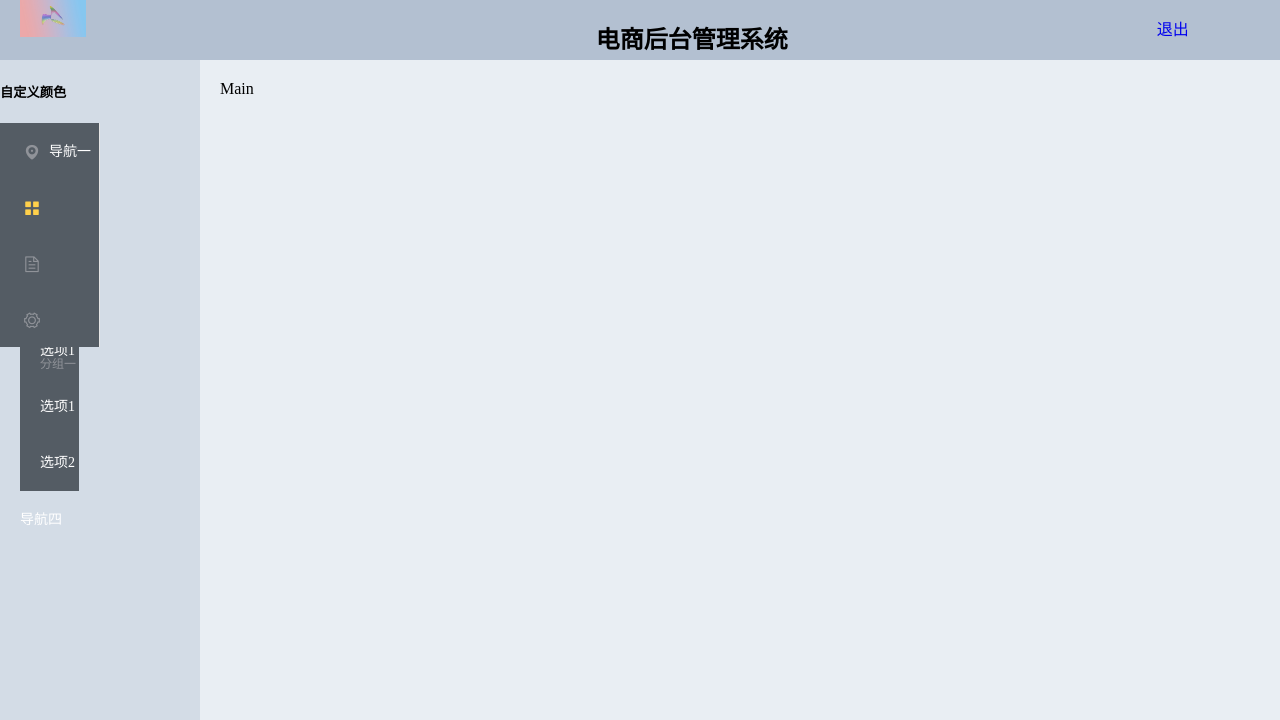
Repository: StenphonCook/mallmanger_my
Page: /
The author's editor kept a copy of each file at every save. The page is drawn from the files as they stood at one save, then again after the next save.
The browser window is 1280 px wide. The pictures show the whole page.
The project was rebuilt for these pictures with package versions that can differ from the ones it lists, and the page was loaded fresh each time. Also part of the build but not shown: src/components/login/login.vue.

Above is the page before, as saved 2022-05-18 22:21:39.

### index.html
<!DOCTYPE html>
<html>
  <head>
    <meta charset="utf-8">
    <meta name="viewport" content="width=device-width,initial-scale=1.0">
    <title>mallmanager_my</title>
  </head>
  <body>
    <div id="app"></div>
    <!-- built files will be auto injected -->
  </body>
</html>

### src/main.js
// The Vue build version to load with the `import` command
// (runtime-only or standalone) has been set in webpack.base.conf with an alias.
import Vue from 'vue'
import App from './App'
import router from './router'
import MyHttpServe from '@/plugins/http';
import ElementUI from 'element-ui';
import 'element-ui/lib/theme-chalk/index.css';
import '@/assets/css/reset.css'


Vue.use(ElementUI);
Vue.use(MyHttpServe)

Vue.config.productionTip = false

/* eslint-disable no-new */
new Vue({
    el: '#app',
    router,
    // render:(h)=>h{App}下方代码等价写法，
    components: { App },
    template: '<App/>'
})

### src/App.vue
<template>
  <div id="app">
    <router-view/>
  </div>
</template>

<script>
export default {
  name: 'App'
}
</script>

<style>
  #app{
    height: 100%;
  }
</style>

### src/router/index.js
import Vue from 'vue'
import Router from 'vue-router'
import Login from '@/components/login/login.vue'
import Home from '@/components/home/home.vue'
Vue.use(Router)

export default new Router({
    routes: [{
            name: 'login',
            path: '/login',
            component: Login
        },

        {
            name: 'home',
            path: '/',
            component: Home
        }
    ]
})

### src/plugins/http.js
//插件模块

import axios from "axios";
const MyHttpServe = {}

MyHttpServe.install = (Vue) => {
    // 设置基准接口
    axios.defaults.baseURL = 'http://127.0.0.1:8888/api/private/v1/'
        // 4. 添加实例方法
    Vue.prototype.$http = axios
}

export default MyHttpServe

### src/assets/css/reset.css
html,
body {
    height: 100%;
    padding: 0;
    margin: 0;
}

### src/components/home/home.vue
<template>
    <el-container class="container">
        <el-header class="header">
            <el-row>
                <el-col :span="4">
                <div class="grid-content bg-purple">
                    <img src="../../assets/logo.jpg" width="32%" alt="无法显示图片">
                </div>
                </el-col>
                <el-col :span="18" class="middle">
                    <h2>电商后台管理系统</h2>
                </el-col>
                <el-col :span="2">
                <div class="grid-content bg-purple">
                    <a class="loginOut" href="#">退出</a>
                </div>
                </el-col>
            </el-row>
        </el-header>
        <el-container>
            <el-aside class="aside" width="200px">
                  <el-col :span="12">
                        <h5>自定义颜色</h5>
                        <el-menu
                        default-active="2"
                        class="el-menu-vertical-demo"
                        @open="handleOpen"
                        @close="handleClose"
                        background-color="#545c64"
                        text-color="#fff"
                        active-text-color="#ffd04b">
                        <el-submenu index="1">
                            <template slot="title">
                            <i class="el-icon-location"></i>
                            <span>导航一</span>
                            </template>
                            <el-menu-item-group>
                            <template slot="title">分组一</template>
                            <el-menu-item index="1-1">选项1</el-menu-item>
                            <el-menu-item index="1-2">选项2</el-menu-item>
                            </el-menu-item-group>
                            <el-menu-item-group title="分组2">
                            <el-menu-item index="1-3">选项3</el-menu-item>
                            </el-menu-item-group>
                            <el-submenu index="1-4">
                            <template slot="title">选项4</template>
                            <el-menu-item index="1-4-1">选项1</el-menu-item>
                            </el-submenu>
                        </el-submenu>
                        <el-menu-item index="2">
                            <template>
                                <i class="el-icon-menu"></i>
                                <span slot="title">导航二</span>
                            </template>
                            <el-menu-item-group>
                            <template slot="title">分组一</template>
                            <el-menu-item index="1-1">选项1</el-menu-item>
                            <el-menu-item index="1-2">选项2</el-menu-item>
                            </el-menu-item-group>
                        </el-menu-item>
                        <el-menu-item index="3">
                            <i class="el-icon-document"></i>
                            <span slot="title">导航三</span>
                            <el-menu-item-group>
                            <template slot="title">分组一</template>
                            <el-menu-item index="1-1">选项1</el-menu-item>
                            <el-menu-item index="1-2">选项2</el-menu-item>
                            </el-menu-item-group>
                        </el-menu-item>
                        <el-menu-item index="4">
                            <i class="el-icon-setting"></i>
                            <span slot="title">导航四</span>
                            <el-menu-item-group>
                            <template slot="title">分组一</template>
                            <el-menu-item index="1-1">选项1</el-menu-item>
                            <el-menu-item index="1-2">选项2</el-menu-item>
                            </el-menu-item-group>
                        </el-menu-item>
                        </el-menu>
                    </el-col>
            </el-aside>
            <el-main class="main">Main</el-main>
        </el-container>
    </el-container>
</template>

<script>
    export default {
        name:'Home'
    }
</script>

<style>
    .container{
        height: 100%;
    }
    .header{
        background-color: #b3c0d1;
    }
    .aside{
        background-color: #d3dce6;
    }
    .main{
        background-color: #e9eef3;
        height: 100%;
    }
    /* 头部样式 */
    .middle{
        text-align: center;
    }
    .loginOut{
        text-decoration: none;
        line-height: 60px;
    }
</style>

After the next save:
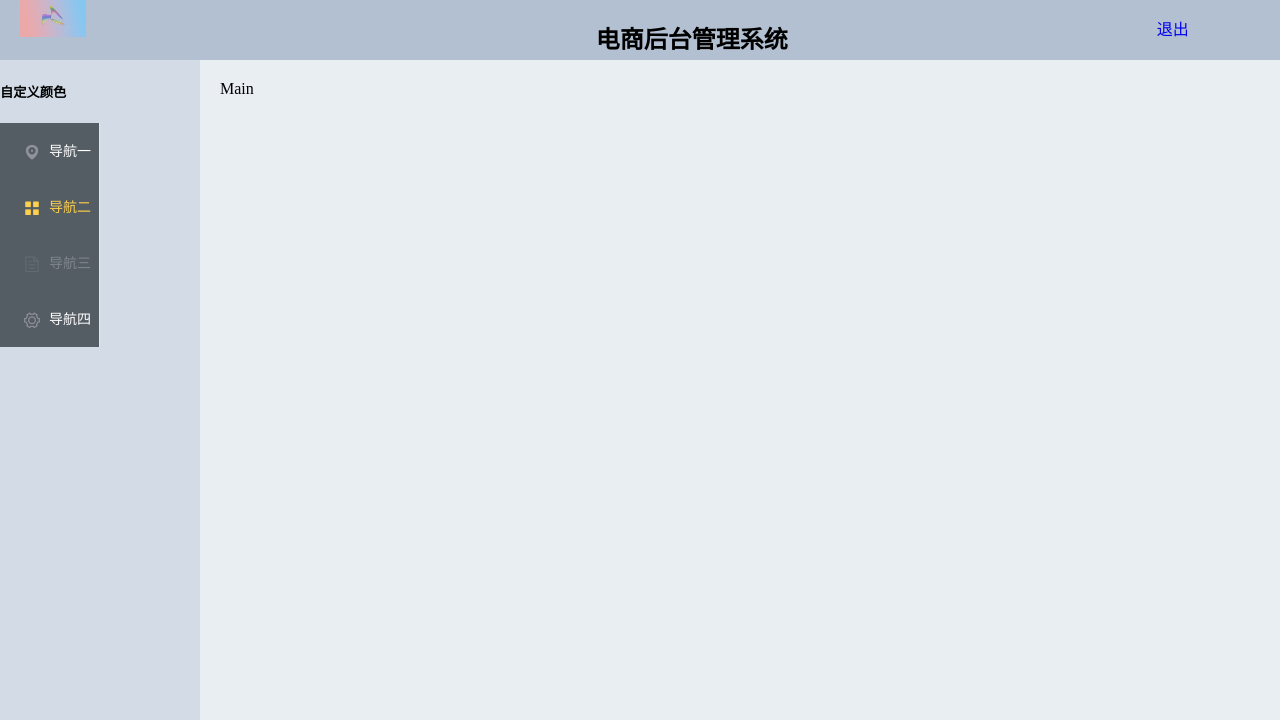
Saved 19 s later.
--- a/src/components/home/home.vue
+++ b/src/components/home/home.vue
@@ -20,64 +20,47 @@
         <el-container>
             <el-aside class="aside" width="200px">
                   <el-col :span="12">
-                        <h5>自定义颜色</h5>
-                        <el-menu
-                        default-active="2"
-                        class="el-menu-vertical-demo"
-                        @open="handleOpen"
-                        @close="handleClose"
-                        background-color="#545c64"
-                        text-color="#fff"
-                        active-text-color="#ffd04b">
-                        <el-submenu index="1">
-                            <template slot="title">
-                            <i class="el-icon-location"></i>
-                            <span>导航一</span>
-                            </template>
-                            <el-menu-item-group>
-                            <template slot="title">分组一</template>
-                            <el-menu-item index="1-1">选项1</el-menu-item>
-                            <el-menu-item index="1-2">选项2</el-menu-item>
-                            </el-menu-item-group>
-                            <el-menu-item-group title="分组2">
-                            <el-menu-item index="1-3">选项3</el-menu-item>
-                            </el-menu-item-group>
-                            <el-submenu index="1-4">
-                            <template slot="title">选项4</template>
-                            <el-menu-item index="1-4-1">选项1</el-menu-item>
-                            </el-submenu>
+                    <h5>自定义颜色</h5>
+                    <el-menu
+                    default-active="2"
+                    class="el-menu-vertical-demo"
+                    @open="handleOpen"
+                    @close="handleClose"
+                    background-color="#545c64"
+                    text-color="#fff"
+                    active-text-color="#ffd04b">
+                    <el-submenu index="1">
+                        <template slot="title">
+                        <i class="el-icon-location"></i>
+                        <span>导航一</span>
+                        </template>
+                        <el-menu-item-group>
+                        <template slot="title">分组一</template>
+                        <el-menu-item index="1-1">选项1</el-menu-item>
+                        <el-menu-item index="1-2">选项2</el-menu-item>
+                        </el-menu-item-group>
+                        <el-menu-item-group title="分组2">
+                        <el-menu-item index="1-3">选项3</el-menu-item>
+                        </el-menu-item-group>
+                        <el-submenu index="1-4">
+                        <template slot="title">选项4</template>
+                        <el-menu-item index="1-4-1">选项1</el-menu-item>
                         </el-submenu>
-                        <el-menu-item index="2">
-                            <template>
-                                <i class="el-icon-menu"></i>
-                                <span slot="title">导航二</span>
-                            </template>
-                            <el-menu-item-group>
-                            <template slot="title">分组一</template>
-                            <el-menu-item index="1-1">选项1</el-menu-item>
-                            <el-menu-item index="1-2">选项2</el-menu-item>
-                            </el-menu-item-group>
-                        </el-menu-item>
-                        <el-menu-item index="3">
-                            <i class="el-icon-document"></i>
-                            <span slot="title">导航三</span>
-                            <el-menu-item-group>
-                            <template slot="title">分组一</template>
-                            <el-menu-item index="1-1">选项1</el-menu-item>
-                            <el-menu-item index="1-2">选项2</el-menu-item>
-                            </el-menu-item-group>
-                        </el-menu-item>
-                        <el-menu-item index="4">
-                            <i class="el-icon-setting"></i>
-                            <span slot="title">导航四</span>
-                            <el-menu-item-group>
-                            <template slot="title">分组一</template>
-                            <el-menu-item index="1-1">选项1</el-menu-item>
-                            <el-menu-item index="1-2">选项2</el-menu-item>
-                            </el-menu-item-group>
-                        </el-menu-item>
-                        </el-menu>
-                    </el-col>
+                    </el-submenu>
+                    <el-menu-item index="2">
+                        <i class="el-icon-menu"></i>
+                        <span slot="title">导航二</span>
+                    </el-menu-item>
+                    <el-menu-item index="3" disabled>
+                        <i class="el-icon-document"></i>
+                        <span slot="title">导航三</span>
+                    </el-menu-item>
+                    <el-menu-item index="4">
+                        <i class="el-icon-setting"></i>
+                        <span slot="title">导航四</span>
+                    </el-menu-item>
+                    </el-menu>
+                </el-col>
             </el-aside>
             <el-main class="main">Main</el-main>
         </el-container>
